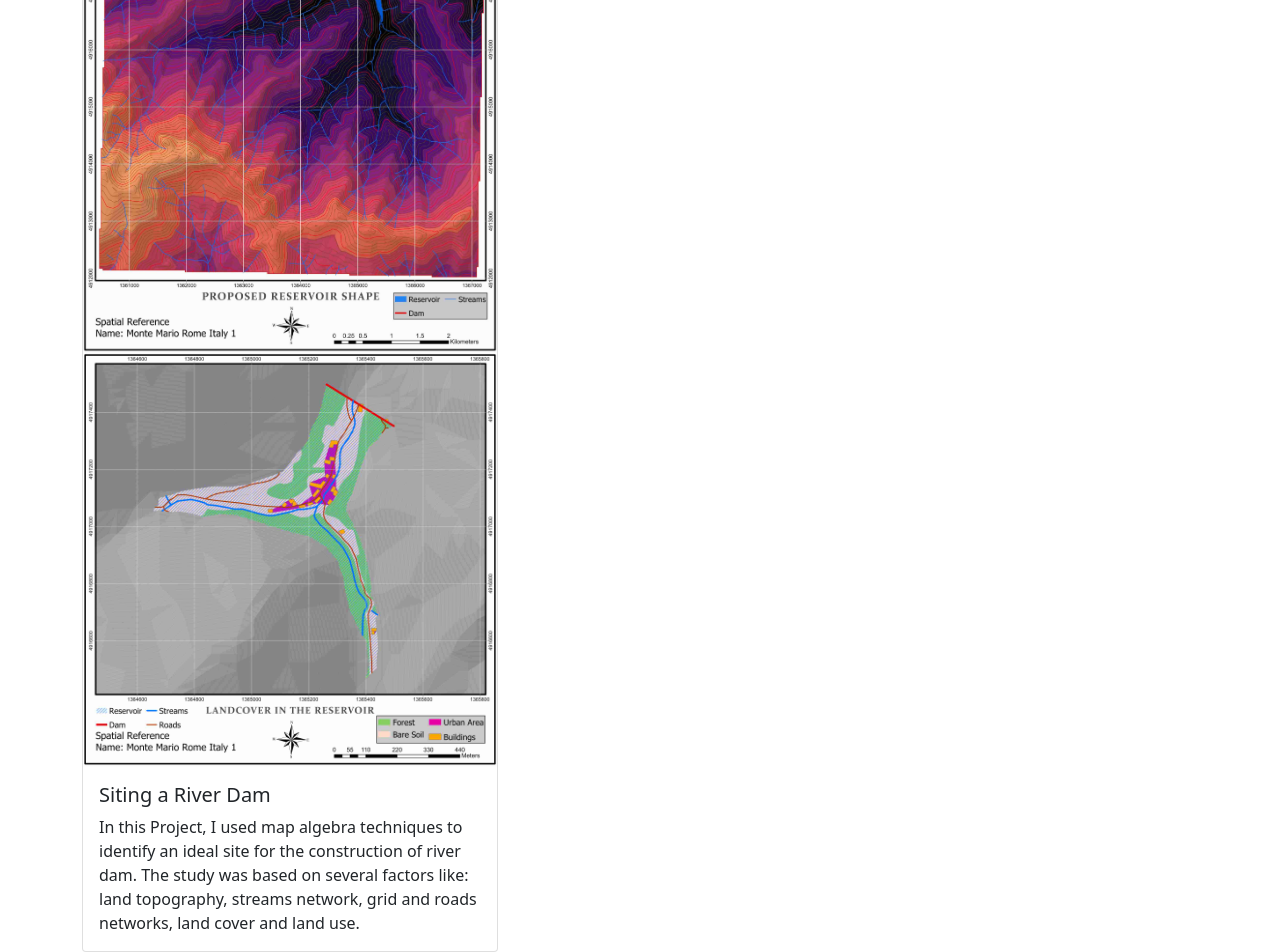
Repository: Mostafa-Asaad/Portfolio-Authentication
Page: http://localhost/projects
An editor plug-in stored every save of this project. The page is shown before and after the next save, followed by the edit.
The browser window is 1280 px wide. The pictures show the part of the page from y = 1090 to 2042 px (the page is 2042 px tall before and 1628 px after).
The page is served by the project's Node server (index.js).

Above is the page before, as saved 2021-06-18 04:32:23.

After the next save:
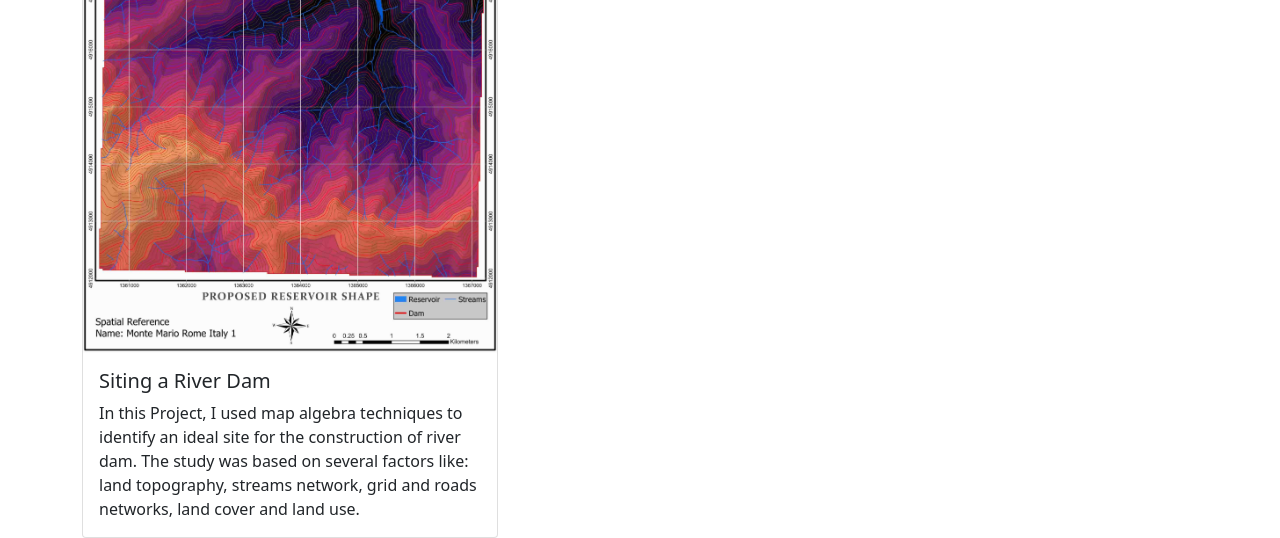
Saved 22 s later.
--- a/Server/Views/content/projects.ejs
+++ b/Server/Views/content/projects.ejs
@@ -52,7 +52,7 @@
                     <div class="col">
                         <div class="card" style="width: 26rem;">
                             <img src="Assets/images/Reslocation.jpg" class="card-img-top" alt="...">
-                            <img src="Assets/images/ResLandcover.jpg" class="card-img-top" alt="...">
+                            <!--<img src="Assets/images/ResLandcover.jpg" class="card-img-top" alt="...">-->
                                 <div class="card-body">
                                     <h5 class="card-title">Siting a River Dam</h5>
                                     <p class="card-text">In this Project, I used map algebra techniques to identify an ideal site for the construction of river dam.
